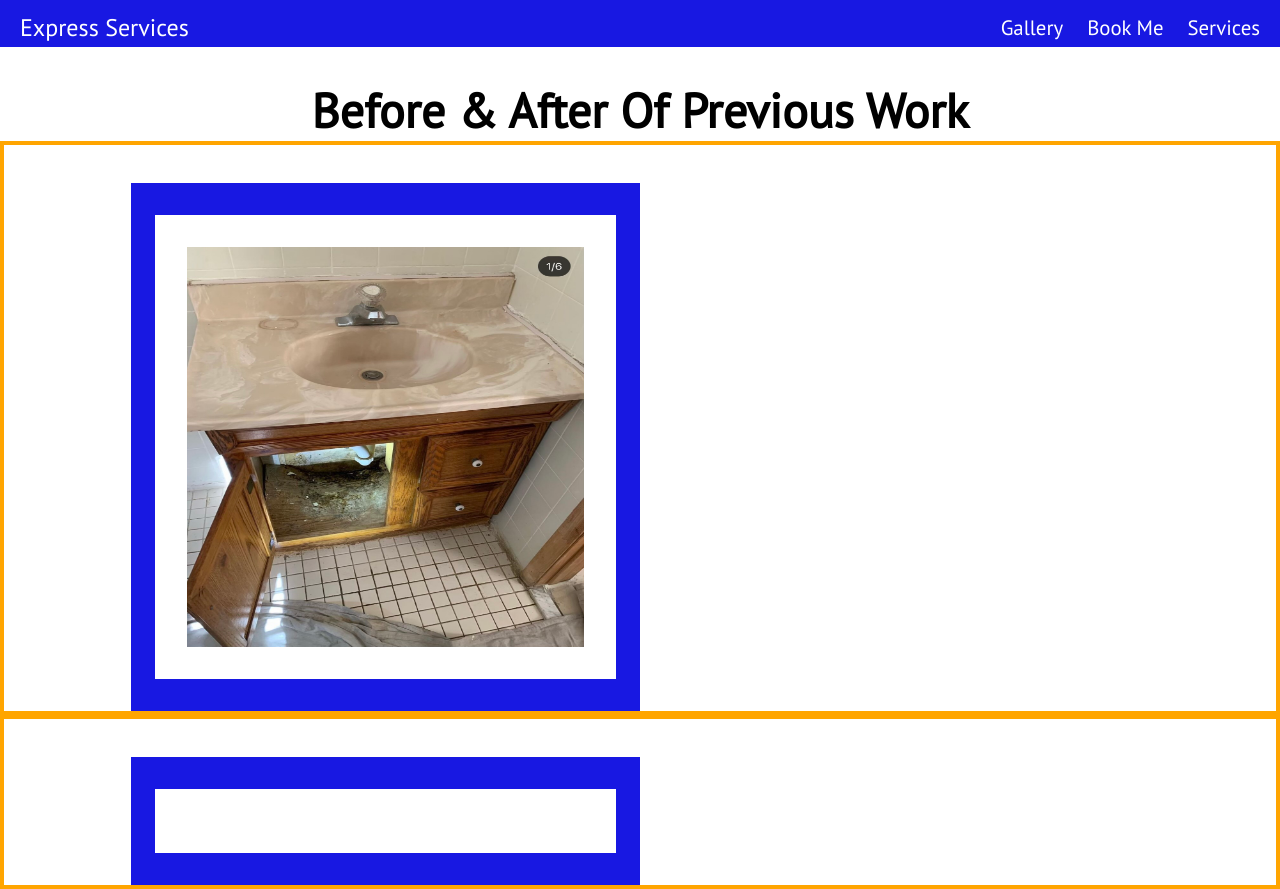
Repository: DrummerDee/mir-miami
Page: /Gallery (app in mr-miami/)
The author's editor kept a copy of each file at every save. The page is drawn from the files as they stood at one save, then again after a run of saves.
The browser window is 1280 px wide. The pictures show the whole page.
The project was rebuilt for these pictures with package versions that can differ from the ones it lists, and the page was loaded fresh each time. Also part of the build but not shown: mr-miami/src/Styles/Services.css, mr-miami/src/Components/Services.js, mr-miami/src/Components/Homepage.js, mr-miami/src/Styles/Calendar.css, mr-miami/src/Styles/Times.css, mr-miami/src/Components/Times.js, mr-miami/src/Components/Time.js, mr-miami/src/Components/BookMe.js.

Above is the page before, as saved 2022-09-08 22:13:49.

After the next 2 saves:
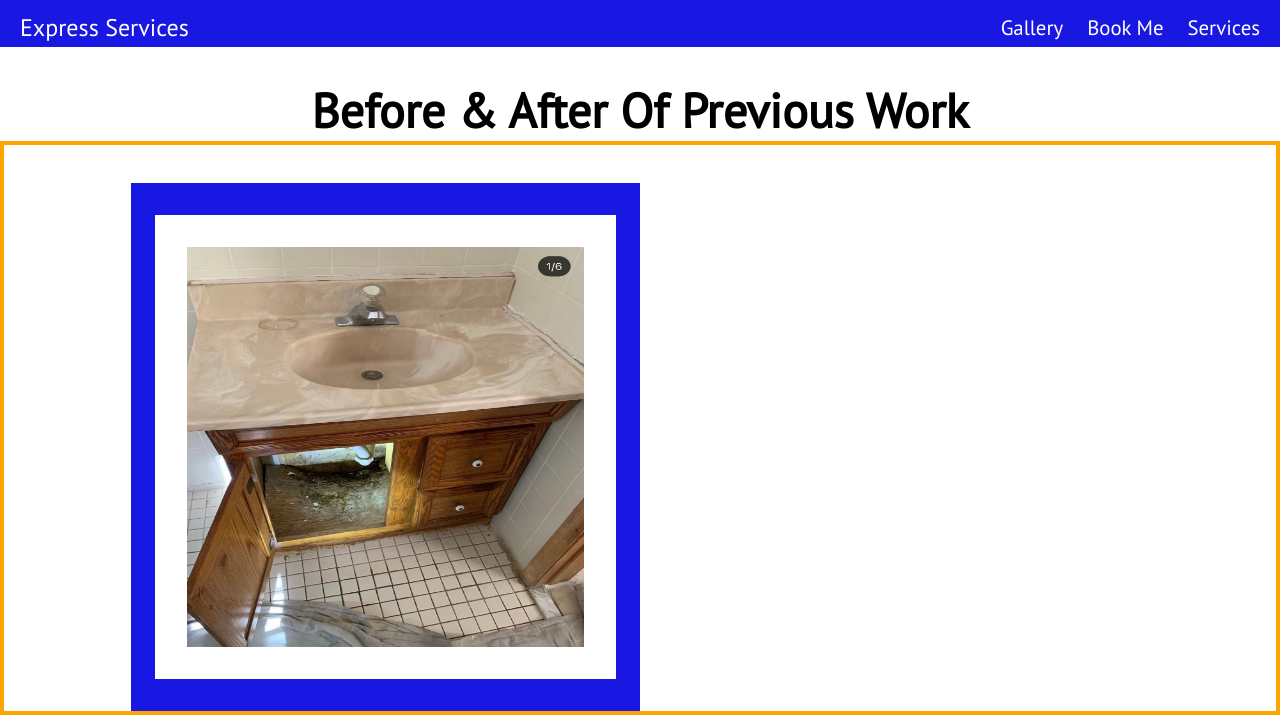
The 2 saves are shown as one change because 1 did not build or start.
The last was saved 46 s later.
--- a/mr-miami/src/Components/Gallery.js
+++ b/mr-miami/src/Components/Gallery.js
@@ -27,12 +27,7 @@ function Gallery() {
                     </div>
                 </div>
             </div>
-            <div className='wrapper'>
-                <div className='frame'>
-                    <div className='box'>
-                    </div>
-                </div>
-            </div>
+
             {/* <div className='wrapper'>
                 <div className='frame'>
                     <div className=" box">
